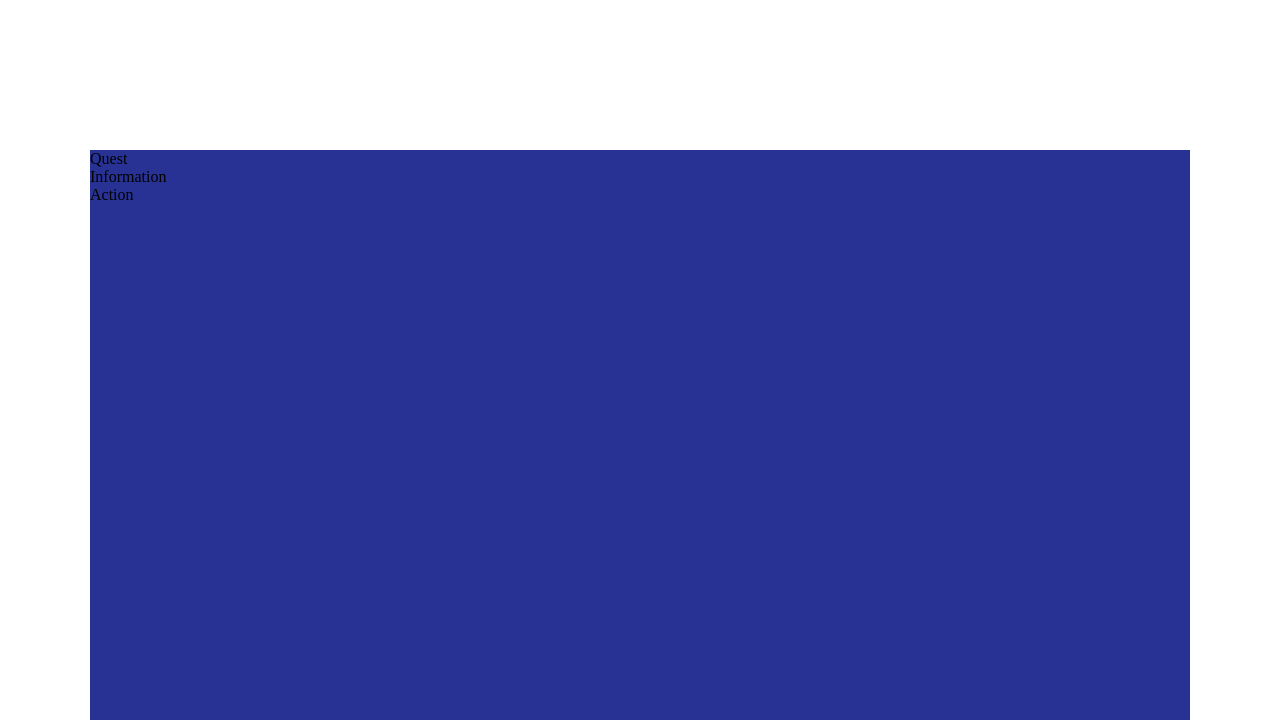
Repository: rahulnag7963/UBCHacks4.0
Page: /
The author's editor kept a copy of each file at every save. The page is drawn from the files as they stood at one save, then again after the next save.
The browser window is 1280 px wide. The pictures show the whole page.
The project was rebuilt for these pictures with package versions that can differ from the ones it lists, and the page was loaded fresh each time.

Above is the page before, as saved 2022-11-26 02:31:09.

After the next save:
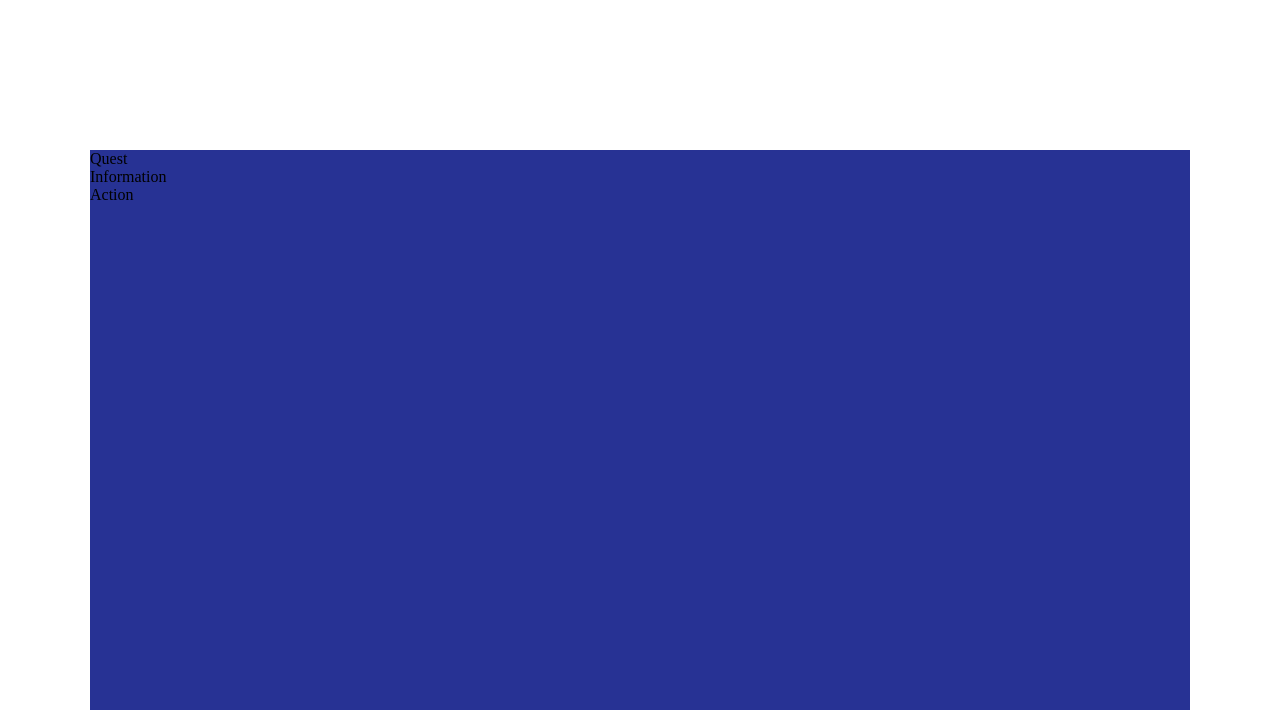
Saved 12 s later.
--- a/src/app.css
+++ b/src/app.css
@@ -1,5 +1,5 @@
 .app {
-    height: 570px;
+    height: 560px;
     width: 1100px;
     background-color: rgb(39, 50, 148);
     margin-left: auto;

After the save that followed:
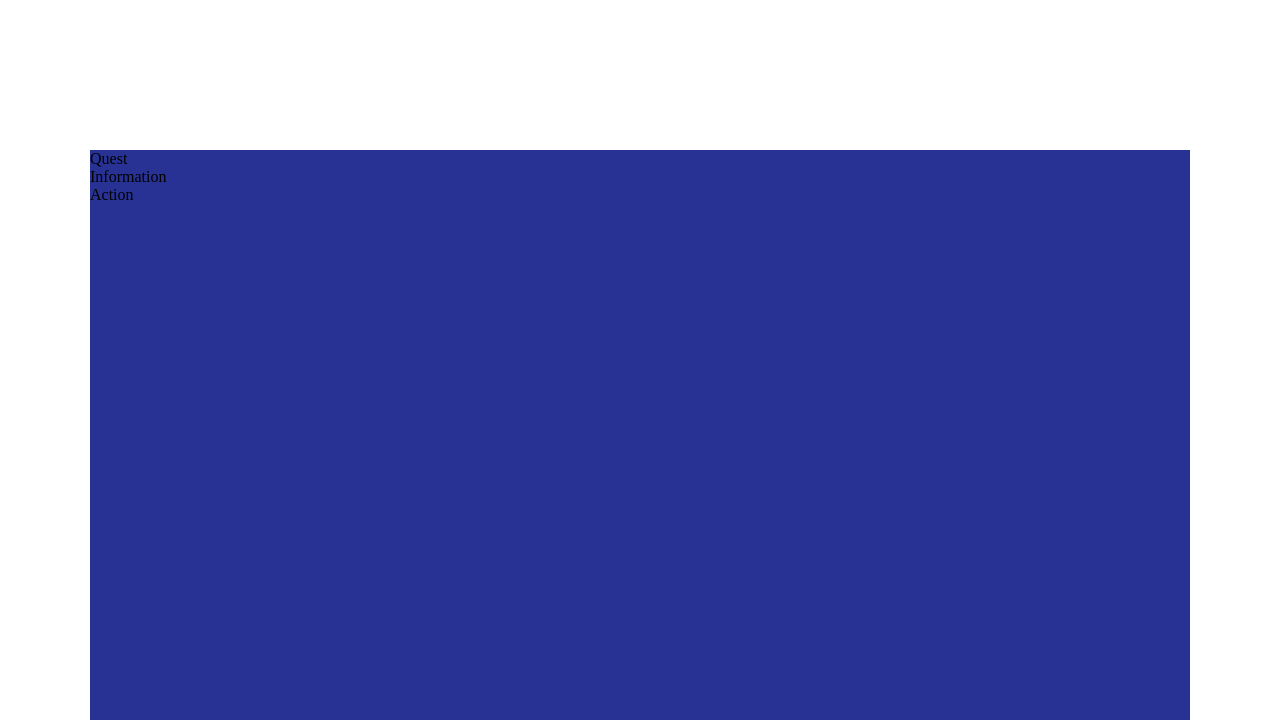
Saved 41 s later.
--- a/src/app.css
+++ b/src/app.css
@@ -1,5 +1,5 @@
 .app {
-    height: 560px;
+    height: 570px;
     width: 1100px;
     background-color: rgb(39, 50, 148);
     margin-left: auto;
